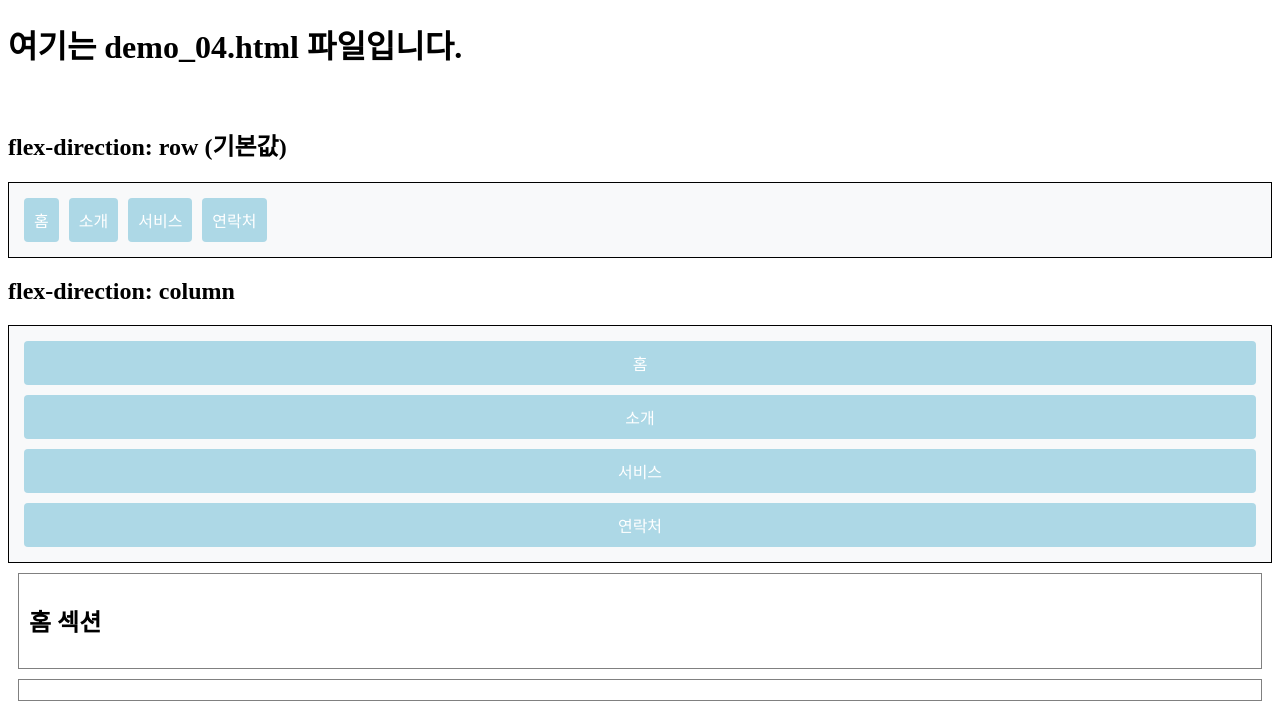
Repository: kimmingyeong225/totalJSP
Page: class_flexbox_011/src/main/webapp/demo_04.html
The author's editor kept a copy of each file at every save. The page is drawn from the files as they stood at one save, then again after the next save.
The browser window is 1280 px wide. The pictures show the whole page.

Above is the page before, as saved 2024-07-01 01:26:23.

After the next save:
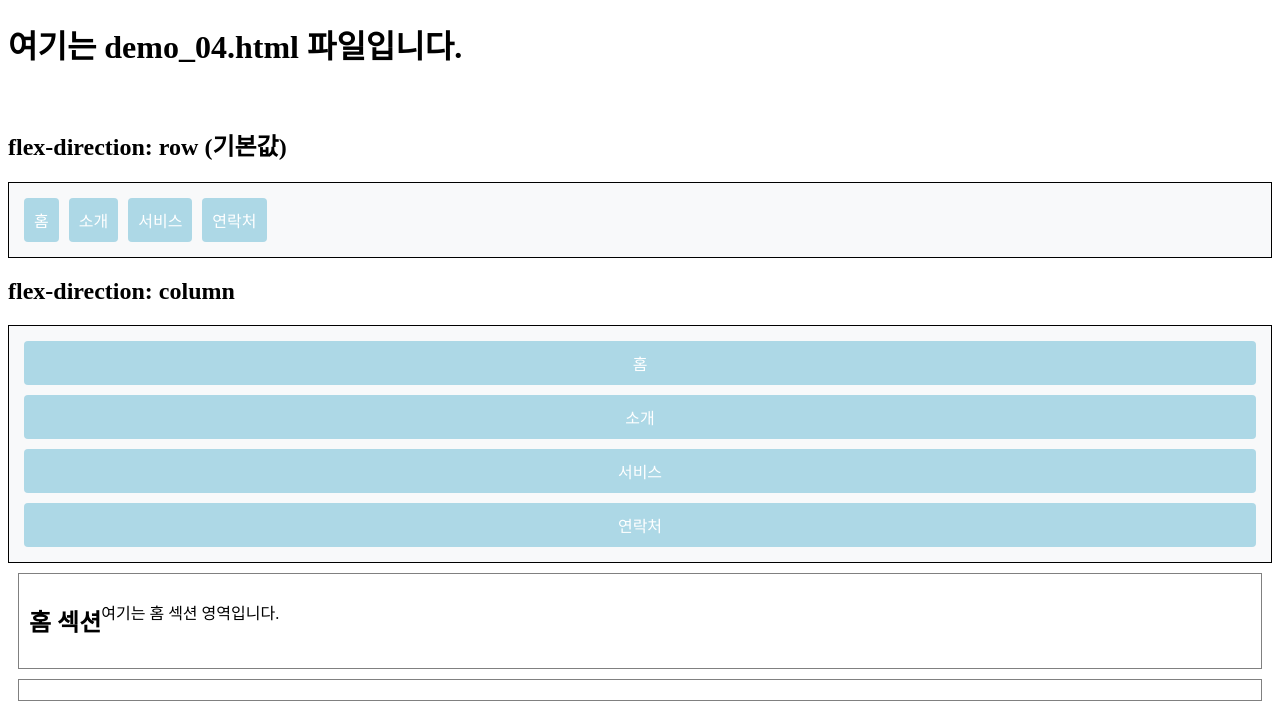
Saved 67 s later.
--- a/class_flexbox_011/src/main/webapp/demo_04.html
+++ b/class_flexbox_011/src/main/webapp/demo_04.html
@@ -66,7 +66,8 @@
         </div>
 
     <div class="content1">
-    <h2>홈 섹션</h2>
+    	<h2>홈 섹션</h2>
+    	<p>여기는 홈 섹션 영역입니다. </p>
     </div>
 
     <div class="content1">
